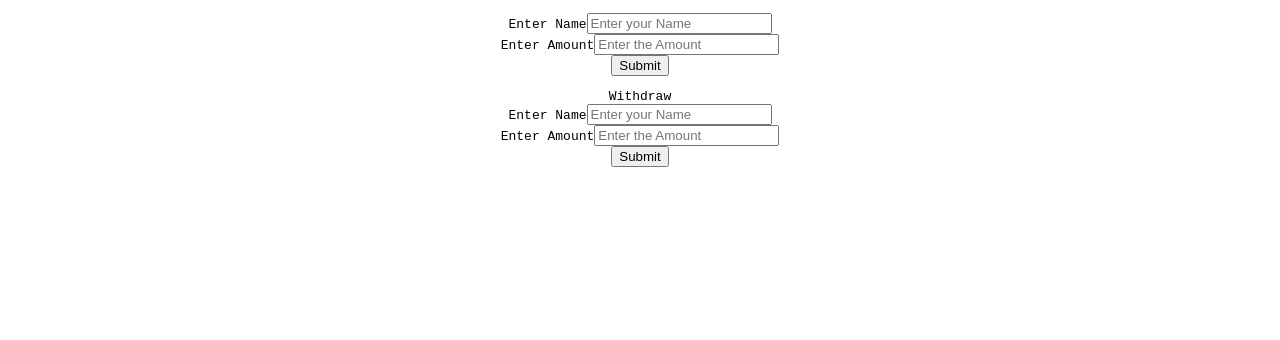
Repository: NarenD12/ProgramsFromTraining
Page: BankApp/WebContent/DepositWithdraw.html
These files come from the project's save history. The page is drawn as it stood at one moment and after the next save; the edit follows.
The browser window is 1280 px wide. The pictures show the whole page.

Above is the page before, as saved 2023-09-21 17:49:18.

### BankApp/WebContent/DepositWithdraw.html
<!DOCTYPE html>
<html>
<head>
<style>
body {text-align: center;}
</style>
<meta charset="ISO-8859-1">
<title>Insert title here</title>
</head>
<body>
<form action="Deposit" method="post">
<pre>
Enter Name<input type="text" name="name" placeholder="Enter your Name">
Enter Amount<input type="number" name="amount" placeholder="Enter the Amount">
<input type="submit">
</pre>
</form>

<form action="Withdraw" method="post">
<pre>
<h>Withdraw</h>
Enter Name<input type="text" name="name" placeholder="Enter your Name">
Enter Amount<input type="number" name="amount" placeholder="Enter the Amount">
<input type="submit">
</pre>
</form>




</body>
</html>

After the next save:
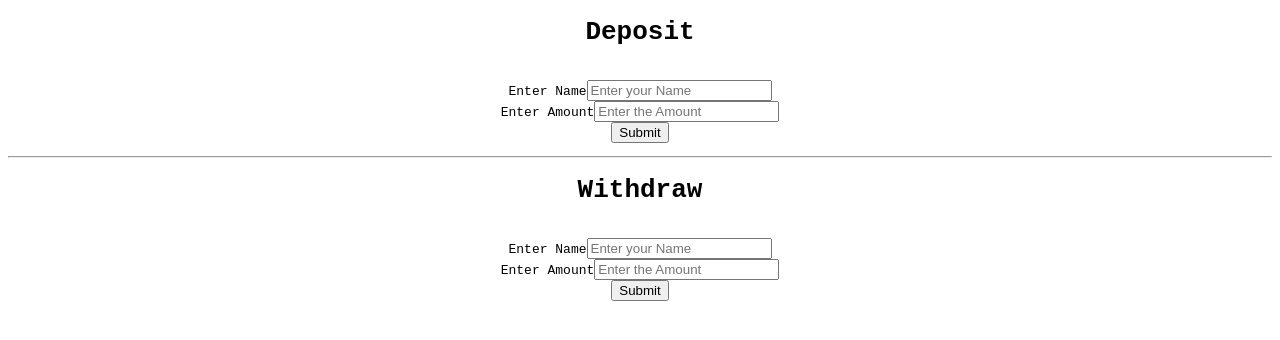
Saved 49 s later.
--- a/BankApp/WebContent/DepositWithdraw.html
+++ b/BankApp/WebContent/DepositWithdraw.html
@@ -10,15 +10,17 @@ body {text-align: center;}
 <body>
 <form action="Deposit" method="post">
 <pre>
+<h1>Deposit</h1>
 Enter Name<input type="text" name="name" placeholder="Enter your Name">
 Enter Amount<input type="number" name="amount" placeholder="Enter the Amount">
 <input type="submit">
 </pre>
 </form>
+<hr>
 
 <form action="Withdraw" method="post">
 <pre>
-<h>Withdraw</h>
+<h1>Withdraw</h1>
 Enter Name<input type="text" name="name" placeholder="Enter your Name">
 Enter Amount<input type="number" name="amount" placeholder="Enter the Amount">
 <input type="submit">
